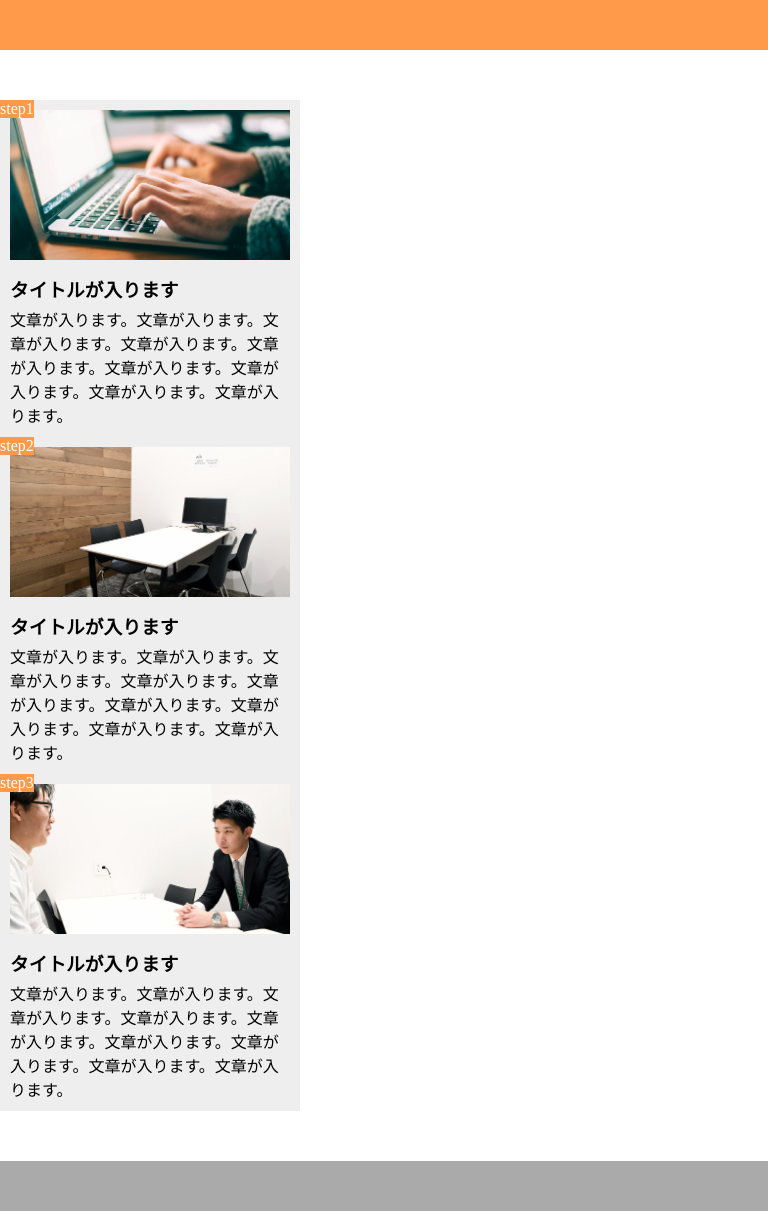
Repository: cacaobucks/git-practice
Page: answer/answer.html
The author's editor kept a record of every edit. The page is drawn from the files as they stood at one moment, then again after the next edit.
The browser window is 768 px wide. The pictures show the whole page.

Above is the page before.

After the next edit:
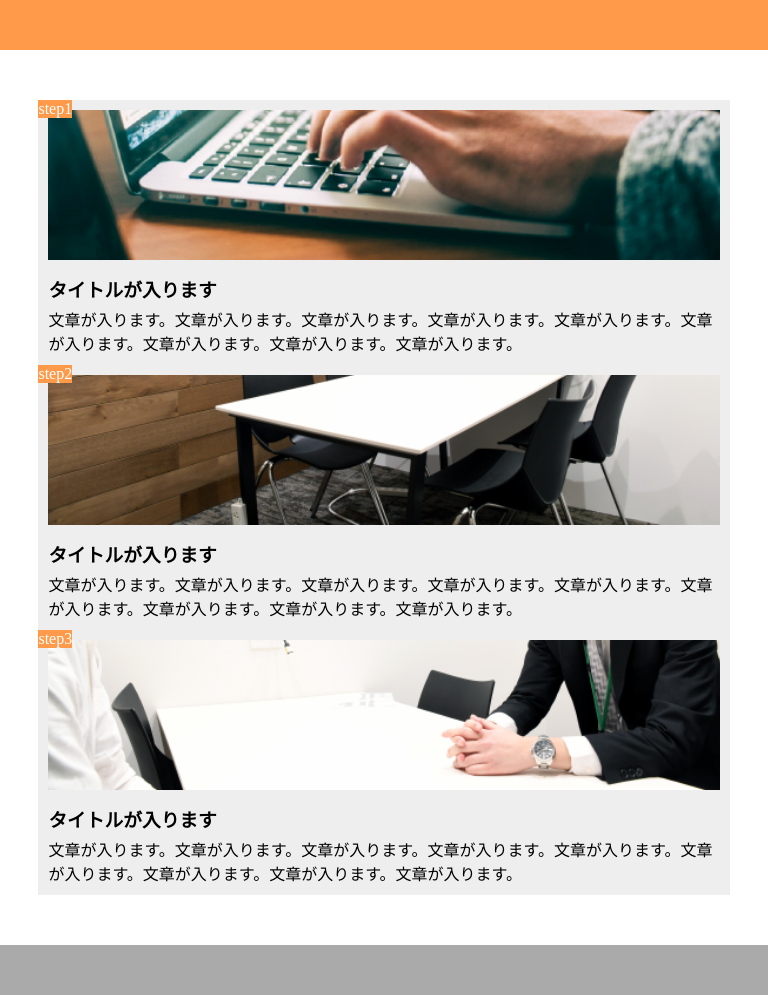
The edit:
--- a/answer/answer.css
+++ b/answer/answer.css
@@ -68,9 +68,9 @@
 /* タブレット縦置きサイズ（768px）以下の際に適用される設定 */
 @media screen and (max-width:768px) {
 
-main {width: 100%;display: block;}
+main {width: 90%;display: block;}
 
-
+.step-box{width: 100%;}
 
 
 
